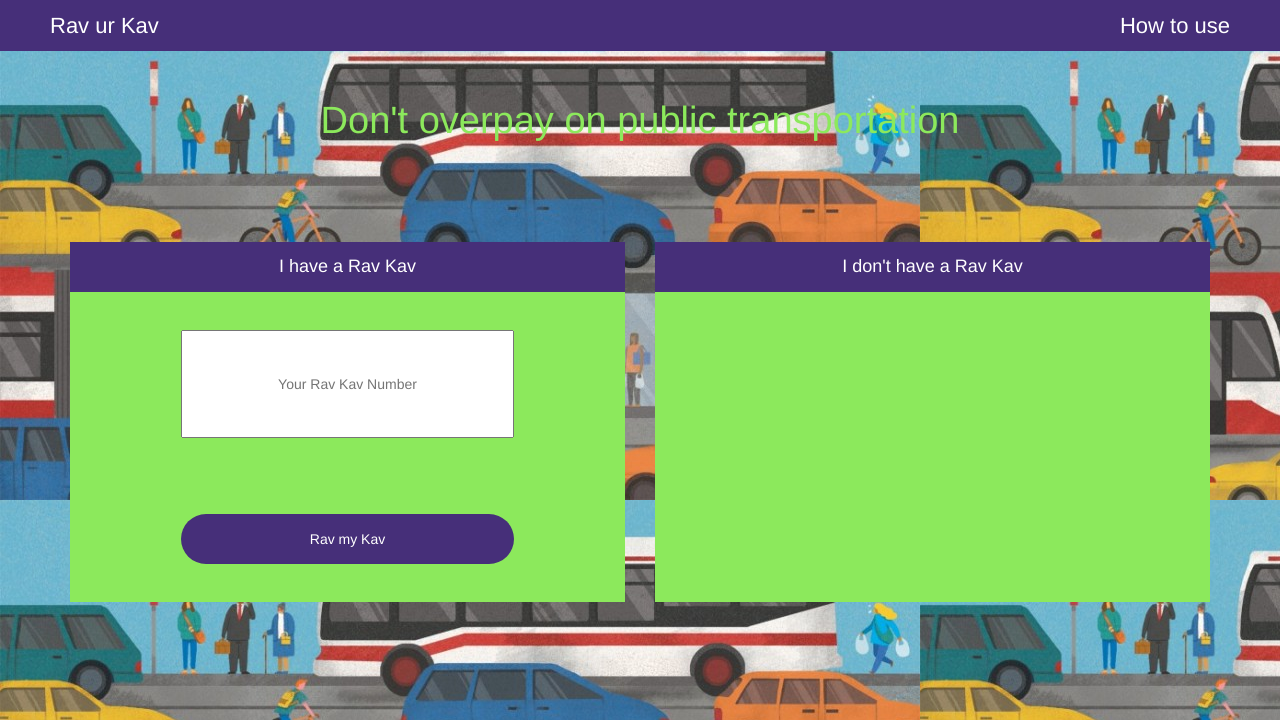
Repository: Louhla/Rav-ur-Kav
Page: index.html
An editor plug-in stored every save of this project. The page is shown before and after the next save, followed by the edit.
The browser window is 1280 px wide. The pictures show the whole page.

Above is the page before, as saved 2019-07-17 16:09:29.

### index.html
<!DOCTYPE html>
<html lang="en">

<head>
    <meta charset="utf-8">
    <meta name="viewport" content="width=device-width, initial-scale=1">
    <!-- Bootstrap CSS -->
    <link rel="stylesheet" href="https://maxcdn.bootstrapcdn.com/bootstrap/3.3.7/css/bootstrap.min.css">
    <script src="https://ajax.googleapis.com/ajax/libs/jquery/3.3.1/jquery.min.js"></script>
    <link rel="stylesheet" type="text/css" href="./css/rav-ur-kav.css">
    <title>Rav ur kav - Public Transport Calculator</title>
    <meta name="description" content="Get the best rate for your Rav Kav according to your commute">
</head>

<body>
    <div id="modal-wrapper">
        <div class="modal">
            <div class="modal-content">
                <h1>How to Rav my Kav:</h1>
                <h3>Lorem ipsum dolor sit, amet consectetur adipisicing elit. Nam, velit. Impedit non consequatur corporis tempore hic natus repudiandae veritatis voluptates pariatur numquam? Libero illo suscipit cum vitae. Quam, ex in!</h3>
                <h3>Lorem ipsum dolor sit amet consectetur adipisicing elit. Distinctio, sint. Eius adipisci tenetur dolore quis rem eos expedita error officia. Maiores dolore maxime enim ut quos dolorem nesciunt ea pariatur?</h3>
            </div>
            <br>
            <div id="button-box">
                <button class="my-button" id="close">Close</button>
            </div>
        </div>
    </div>
    <div id="root"></div>
    <heading class="header">
        <div class="logo">Rav ur Kav
        </div>
        <div id="how-to">How to use
        </div>
    </heading>

    <div class="container">
        <div class="row">
            <div class="col-md-12">
                <h1>Don't overpay on public transportation</h1>
            </div>
        </div>
        <div class="row">
            <div class="col-md-6">
                <div class="existing-user">
                    <h4>I have a Rav Kav</h4>
                        <input id="rav-kav-number" type=text placeholder="Your Rav Kav Number"></input>
                        <button id="rav-kav-number-button"><a href="#">Rav my Kav</a></button>
                </div>
            </div>
            <div class="col-md-6">
                <div class="new-user">
                    <h4>I don't have a Rav Kav</h4>
                </div>
            </div>
        </div>
    </div>
    <script type="text/javascript" src="./js/rav-ur-kav.js"></script>
</body>

</html>

### css/rav-ur-kav.css
body {
    margin: 0px;
    padding: 0px;
    background-image: url("/img/public-transport.jpg");
}
/* Modal START */
#modal-wrapper {
    position: fixed;
    top: 0;
    bottom: 0;
    right: 0;
    left: 0;
    background-color: rgba(0, 0, 0, 0.5);
    z-index: 12345;
    display: none;
}

#modal-wrapper .modal {
    background-color: white;
    width: 90vw;
    height: 90vh;
    position: absolute;
    top: 50%;
    left: 50%;
    transform: translateX(-50%) translateY(-50%);
    border-radius: 5px;
    text-align: center;
    background-image: url('../img/bgm.png');
    background-repeat: no-repeat;
    background-position: center;
    background-size: cover;
    color: white;
    text-shadow: 3px 3px #000000;
    display: flex;
    flex-direction: column;
    align-items: center;
    justify-content: space-evenly;
}

.modal-content {
    background-color: rgba(0, 0, 0, 0.5);
}

.modal-content h1 {
    font-size: 2rem;
    margin-block-start: 0.3rem;
    margin-block-end: 0.3rem;
}

.modal-content h3 {
    font-size: 1rem;
    margin-block-start: 0.5rem;
    margin-block-end: 0.5rem;
}

#button-box {
    width: 70vh;
    display: flex;
    justify-content: flex-end;
}

.my-button {
    color: red;
    background-color: yellow;
    height: 5vh;
    width: 20vh;
    font-size: 4vh;
    text-align: center;
    padding: 0;
}
/* Modal END */

/* Homepage START */
.header{
    display: flex;
    position: fixed;
    z-index: 9;
    justify-content: space-between;
    width: 100%;
    align-items: center;
    box-shadow: 5px;
    background-color: #462F79;
    color: white;
    font-size: 22px;
}
.logo{
    margin: 10px 0px 10px 50px;
}
.how-to{
    margin: 10px 50px 10px 0px;
}
.existing-user{
    background-color: #8CE95C;
    display: flex;
    flex-direction: column;
    text-align: center;
    height: 50vh;
}
.new-user{
    background-color: #8CE95C;
    text-align: center;
    height: 50vh;
}
h1{
    text-align: center;
    margin: 100px;
    color: #8CE95C;
    font-size: 38px;
}
.existing-user > h4, .new-user > h4{
    background-color: #462F79;
    padding: 15px 0px;
    margin: 0px;
    color: white;
}
#rav-kav-number{
    width: 60%;
    margin: auto;
    text-align: center;
}
#rav-kav-number-button{
    width: 60%;
    margin: auto;
    height: 50px;
    border-radius: 50px;
    border-style: none;
    color: white;
    background-color: #462F79;
    -webkit-transition: width 0.5s ease-in-out;
    -moz-transition: width 0.5s ease-in-out;
    -ms-transition: width 0.5s ease-in-out;
    transition: width 0.5s ease-in-out;
}
#rav-kav-number-button:hover{
    width: 62%;
}
a{
    cursor:pointer;
    text-decoration: none;
    color: white;
}
a:hover{
    text-decoration: none;
    color: white;
}
#how-to{
    margin: 10px 50px 10px 0px;
    cursor: pointer;
}
.existing-user{
    background-color: #8CE95C;
    display: flex;
    flex-direction: column;
    text-align: center;
    height: 50vh;
}
.new-user{
    background-color: #8CE95C;
    text-align: center;
    height: 50vh;
}
h1{
    text-align: center;
    margin: 100px;
    color: #8CE95C;
    font-size: 38px;
}
.existing-user > h4, .new-user > h4{
    background-color: #462F79;
    padding: 15px 0px;
    margin: 0px;
    color: white;
}
#rav-kav-number{
    width: 60%;
    height: 30%;
    margin: auto;
    text-align: center;
}
/* Homepage END */

### js/rav-ur-kav.js
console.log("step1");

$(document).ready(() => {
    // Globals

    // Modal buttons
    let howToButton = $("#how-to");
    let closeModalButton = $("#close");
    $(closeModalButton).on("click", () => {
      $("#modal-wrapper").toggle();
    });
    $(howToButton).on("click", () => {
      $("#modal-wrapper").toggle();
      console.log('how to')
    });
});
console.log("whats up")



$('#rav-kav-number').on('input', function (event) {
    this.value = this.value.replace(/[^0-9]/g, '');
});

After the next save:
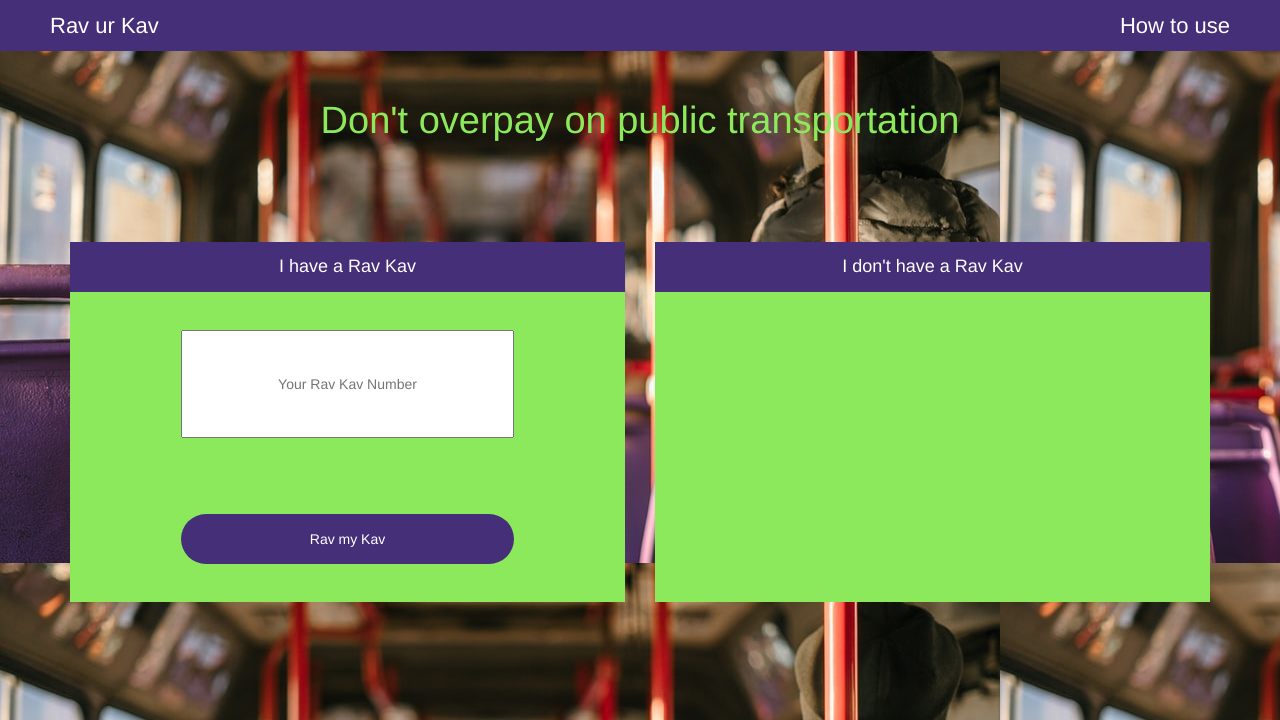
Saved 9 min 6 s later.
--- a/css/rav-ur-kav.css
+++ b/css/rav-ur-kav.css
@@ -1,7 +1,7 @@
 body {
     margin: 0px;
     padding: 0px;
-    background-image: url("/img/public-transport.jpg");
+    background-image: url("/img/bus.jpg");
 }
 /* Modal START */
 #modal-wrapper {
